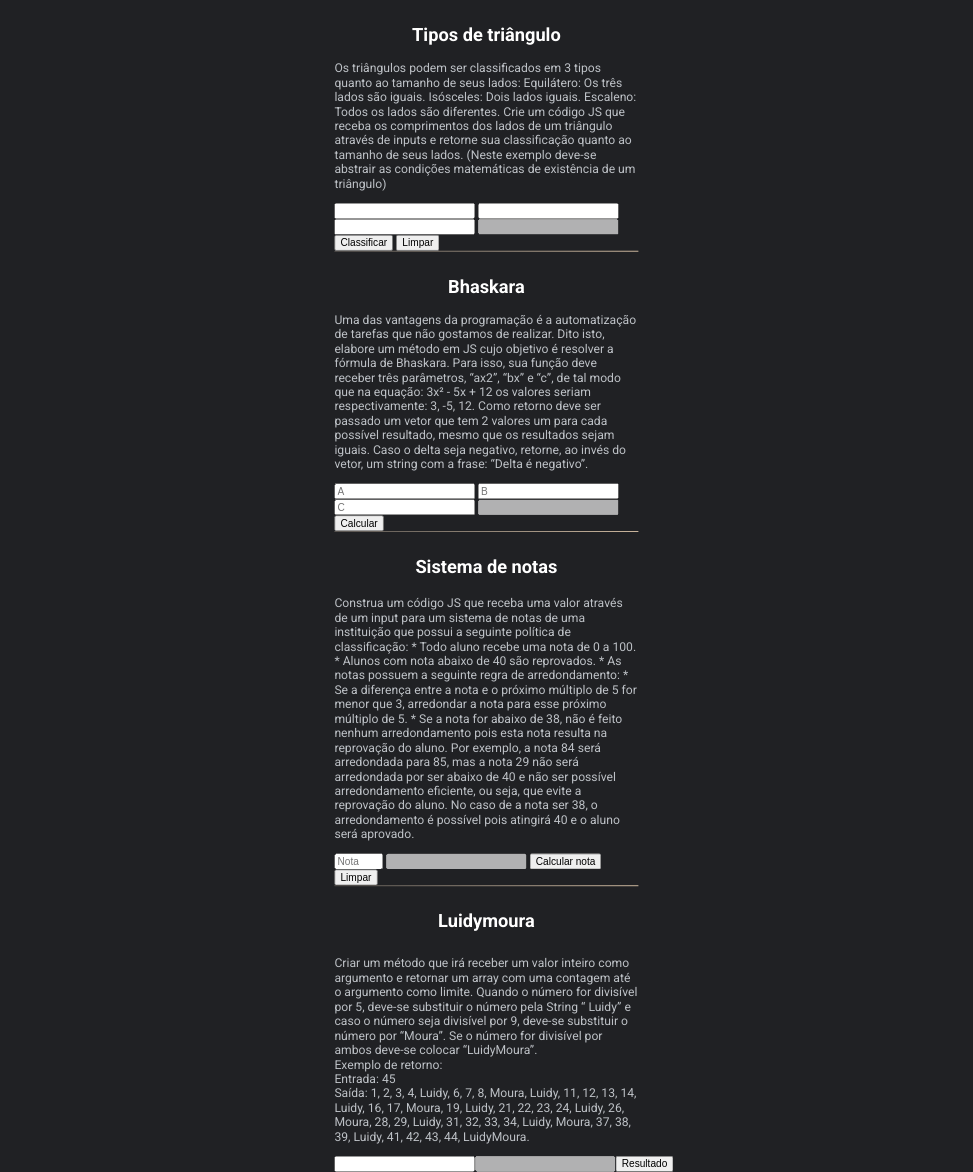
Repository: viviij/Fun-es-Simples-JavaScript
Page: index.html
The author's editor kept a copy of each file at every save. The page is drawn from the files as they stood at one save, then again after the next save.
The browser window is 1280 px wide. The pictures show the whole page, at 76% of full size.

Above is the page before, as saved 2022-08-26 20:24:33.

After the next save:
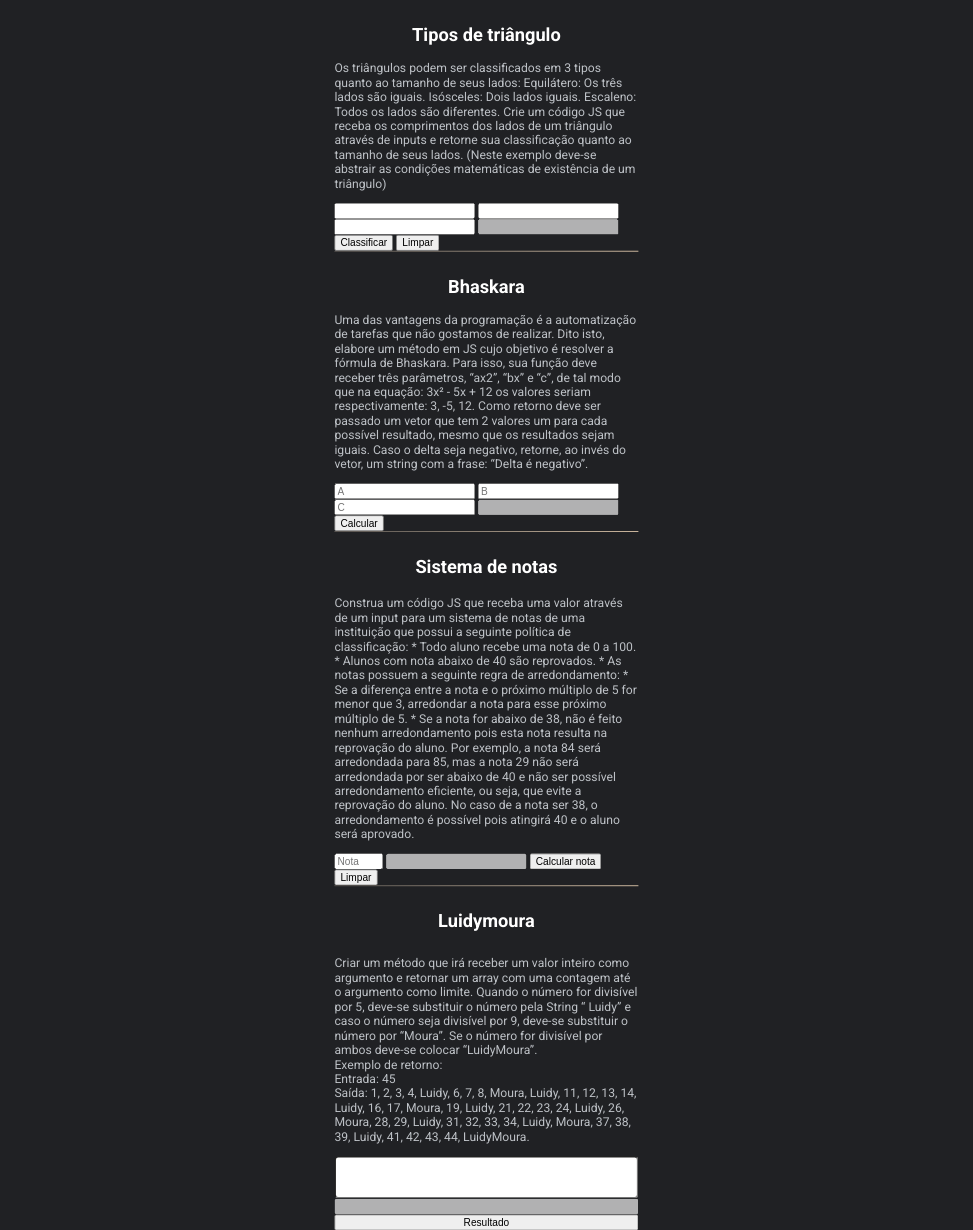
Saved 6 min 47 s later.
--- a/styles.css
+++ b/styles.css
@@ -75,5 +75,13 @@ h5 {
 /*LuidyMoura QUESTAO 4*/
 .LuidyMoura .main {
   display: flex;
+  flex-direction: column;
+}
 
+#valorLuidyMoura {
+  height: 50px;
+  width: auto;
+
+  border-radius: 5px;
+  text-align: center;
 }
